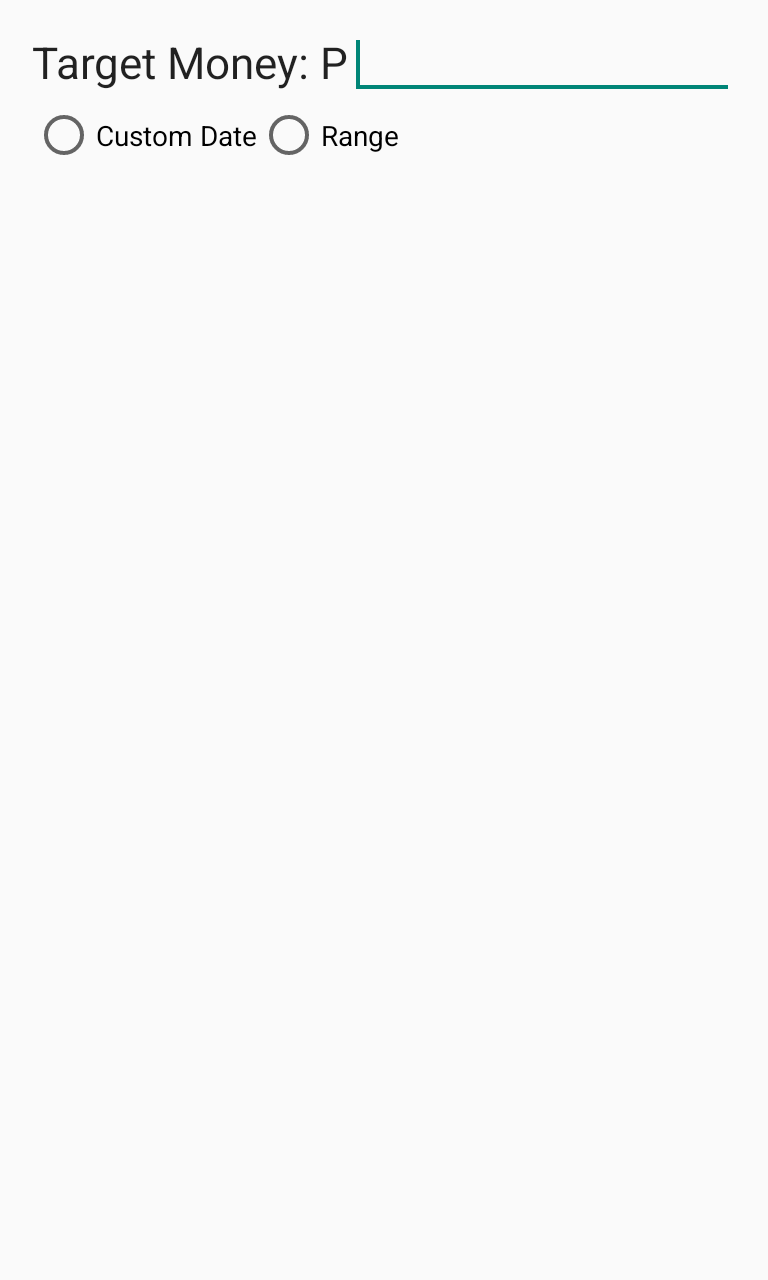
Repository: japheth-starita/SavingsApp
Layout: SavingsApp/res/layout/activity_preferences.xml
The author's editor kept a copy of each file at every save. The layout is drawn from the files as they stood at one save, then again after the next save.
It is drawn on a 768 x 1280 px phone screen (xhdpi) without system bars, with theme AppTheme; the app's code is not run.

Above is the layout before, as saved 2016-01-30 09:47:18.

### SavingsApp/res/layout/activity_preferences.xml
<RelativeLayout xmlns:android="http://schemas.android.com/apk/res/android"
    xmlns:tools="http://schemas.android.com/tools"
    android:layout_width="match_parent"
    android:layout_height="match_parent"
    android:paddingBottom="@dimen/activity_vertical_margin"
    android:paddingLeft="@dimen/activity_horizontal_margin"
    android:paddingRight="@dimen/activity_horizontal_margin"
    android:paddingTop="@dimen/activity_vertical_margin"
    tools:context="com.cobaltsteel.savingsapp.PreferencesActivity" >

    <TextView
        android:id="@+id/lblTargetMoney"
        android:layout_width="wrap_content"
        android:layout_height="wrap_content"
        android:textAppearance="?android:attr/textAppearanceLarge"
        android:text="Target Money: P" />

    <EditText
        android:id="@+id/txtTargetMoney"
        android:layout_width="fill_parent"
        android:layout_height="wrap_content"
        android:layout_alignBaseline="@+id/lblTargetMoney"
        android:layout_toRightOf="@+id/lblTargetMoney"
        android:inputType="number">
        <requestFocus />
    </EditText>


    <RadioGroup
    android:id="@+id/rbgrpSetting"
    android:layout_width="fill_parent"
    android:layout_height="wrap_content"
    android:orientation="horizontal"
    android:layout_below="@+id/txtTargetMoney">
    <RadioButton android:id="@+id/rbDate"
        android:layout_width="wrap_content"
        android:layout_height="wrap_content"
        android:text="Custom Date"
        android:onClick="onRadioButtonClicked"/>
    <RadioButton android:id="@+id/rbRange"
        android:layout_width="wrap_content"
        android:layout_height="wrap_content"
        android:text="Range"
        android:onClick="onRadioButtonClicked"/>
	</RadioGroup>

   <DatePicker
        android:id="@+id/dptargetDate"
        android:layout_width="wrap_content"
        android:layout_height="wrap_content"
        android:layout_below="@+id/rbgrpSetting"
        android:layout_centerHorizontal="true"
        android:visibility="gone"/>

    <TextView
        android:layout_marginTop="5dp"
        android:id="@+id/lblTargetRange"
        android:layout_width="wrap_content"
        android:layout_height="wrap_content"
        android:layout_below="@+id/dptargetDate"
        android:textAppearance="?android:attr/textAppearanceLarge"
        android:text="Target Range:"
        android:visibility="gone" />
	<Spinner
        android:id="@+id/spTargetNumber"
        android:layout_width="wrap_content"
        android:layout_height="wrap_content"
        android:layout_below="@+id/lblTargetRange"
        android:visibility="gone"/>
    <Spinner
        android:id="@+id/spTargetRange"
        android:layout_width="wrap_content"
        android:layout_height="wrap_content"
        android:layout_alignBaseline="@+id/spTargetNumber"
        android:layout_toRightOf="@+id/spTargetNumber"
        android:visibility="gone"/>

</RelativeLayout>

Loaded but not shown: SavingsApp/res/values/styles.xml (common file); SavingsApp/res/values-v11/styles.xml (common file); SavingsApp/res/values-v14/styles.xml (common file); SavingsApp/res/values/dimens.xml (common file); SavingsApp/res/values-w820dp/dimens.xml (common file)

After the next save:
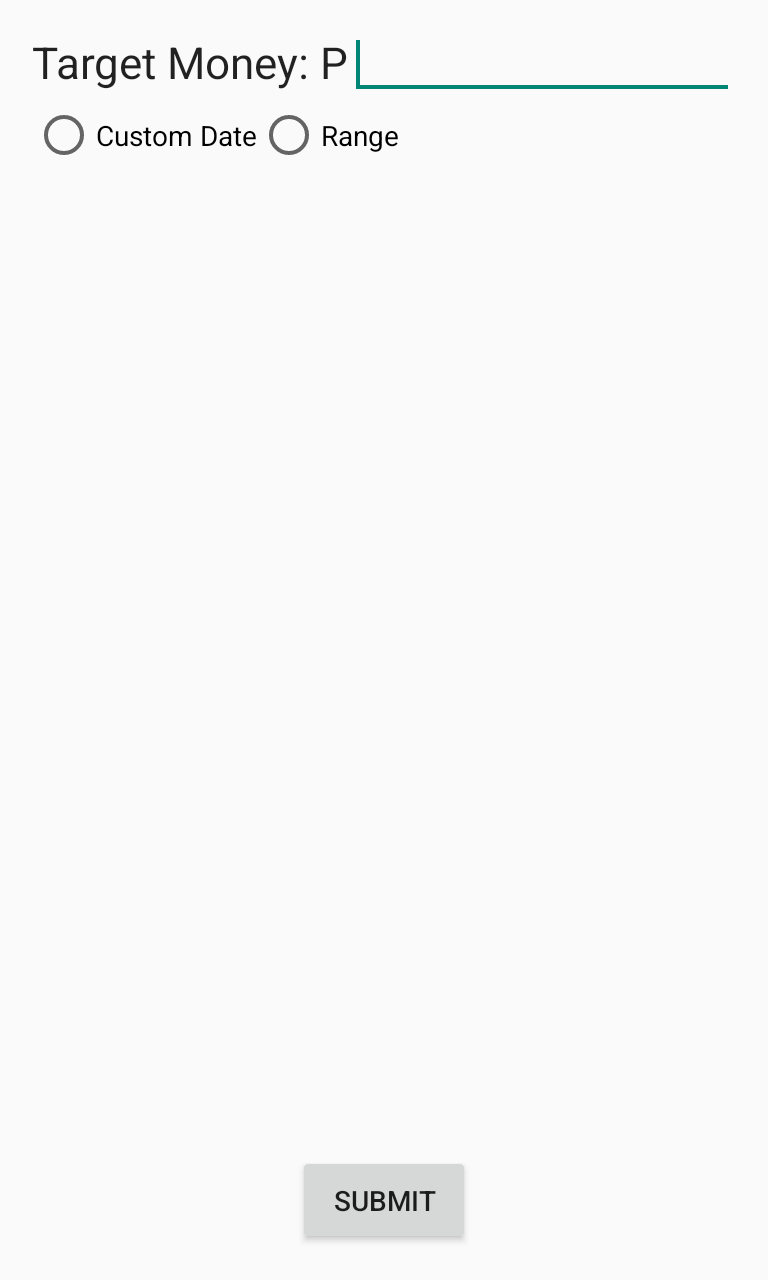
Saved 2 min 4 s later.
--- a/SavingsApp/res/layout/activity_preferences.xml
+++ b/SavingsApp/res/layout/activity_preferences.xml
@@ -75,4 +75,12 @@
         android:layout_toRightOf="@+id/spTargetNumber"
         android:visibility="gone"/>
 
+    <Button
+        android:id="@+id/btnSubmit"
+        android:layout_width="wrap_content"
+        android:layout_height="wrap_content"
+        android:layout_alignParentBottom="true"
+        android:layout_centerHorizontal="true"
+        android:text="Submit" />
+
 </RelativeLayout>
